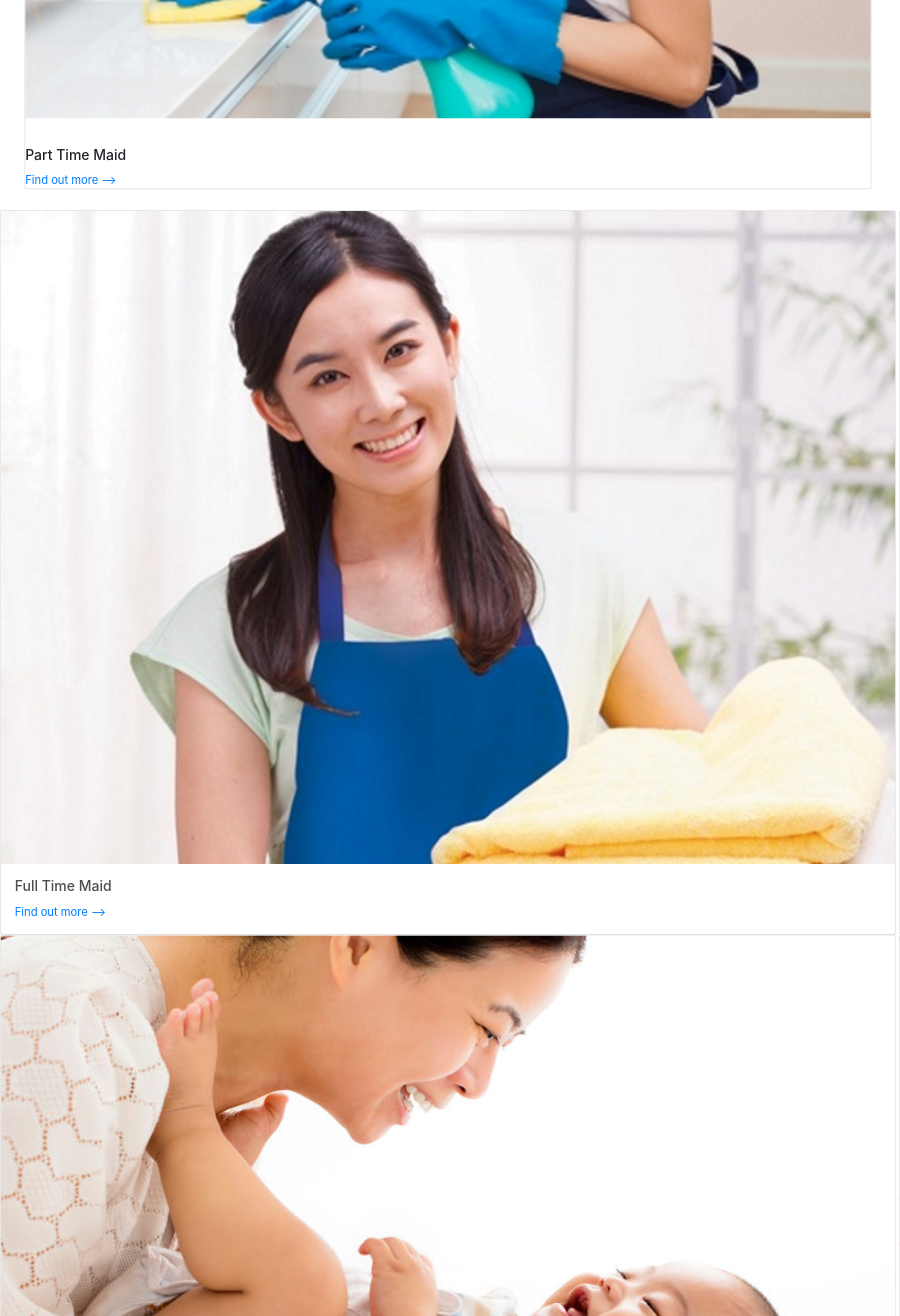
Repository: Code-Institute-Submissions/Project-1---Online-Maid
Page: index.html
The author's editor kept a record of every edit. The page is drawn from the files as they stood at one moment, then again after the next edit.
The browser window is 1280 px wide. The page is 1285 px wide, so the pictures cover 1285 px, including what lies to the right of the window. The pictures show the part of the page from y = 1836 to 3716 px (the page is 5329 px tall before and 5345 px after), at 70% of full size.
Some web libraries are served in a nearby version.

Above is the page before.

### index.html
<!DOCTYPE html>
<html lang="en">
<head>
    <meta charset="UTF-8">
    <meta name="viewport" content="width=device-width, initial-scale=1.0">
    <meta http-equiv="X-UA-Compatible" content="ie=edge">
    <link rel="stylesheet" href="https://stackpath.bootstrapcdn.com/bootstrap/4.3.1/css/bootstrap.min.css" type="text/css" />
    <link rel="stylesheet" href="https://stackpath.bootstrapcdn.com/font-awesome/4.7.0/css/font-awesome.min.css" type="text/css" />
    <link rel="stylesheet" href="https://cdnjs.cloudflare.com/ajax/libs/hover.css/2.1.1/css/hover-min.css" type="text/css" />
    <link rel="stylesheet" href="style.css" type="text/css" />
    <title>Online Maid</title>
</head>

<body>

<header>
  <nav class="navbar navbar-expand-lg navbar-light">
  <a class="navbar-brand" href="#"><img id="logo" class="pl-4 img-fluid d-md-block" src="images/logo.jpg" alt=""></a>
  <button class="navbar-toggler" type="button" data-toggle="collapse" data-target="#navbarSupportedContent" aria-controls="navbarSupportedContent" aria-expanded="false" aria-label="Toggle navigation">
    <span class="navbar-toggler-icon"></span>
  </button>

  <div class="collapse navbar-collapse" id="navbarSupportedContent">
    <ul class="navbar-nav mr-auto">
      <li class="nav-item active">
        <a class="nav-link" href="index.html">Home</a>
      </li>
      <li class="nav-item">
        <a class="nav-link" href="searchMaid.html">Search Maid</a>
      </li>
      <li class="nav-item">
        <a class="nav-link" href="faq.html">FAQ</a>
      </li>
      <li class="nav-item">
        <a class="nav-link" href="enquiry.html">Enquiry</a>
      </li>
    </ul>
  </div>
</nav>
</header>

<article>
  <section>
  <div class="jumbotron">
        <h1 class= "maids-portal">The No 1 Singapore Maid Portal</h1>
        <p class= "getStarted">More than 8000 maids for you to choose<br>Start your search now!</br></p>

  <div class="form-row">
      <div class = "col"></div>

      <div class="nationality col-md-2 px-0">
        <select id="inputState" class="form-control">
        <option selected>Nationality</option>
        <option>Filipino</option>
        <option>Indonesian</option>
        <option>Indian</option>
        <option>Myanmarese</option>
        <option>Others</option>
        <option>No Preference</option>
        </select>
      </div>
      <div class="type-of-maid col-md-2 px-0">
        <select id="inputState" class="form-control">
        <option selected>Type of Maid</option>
        <option>New</option>
        <option>Transfer</option>
        <option>Experience</option>
        <option>No Preference</option>
        </select>
      </div>
      <div class="main-responsibility col-md-2 px-0">
        <select id="inputState" class="form-control">
        <option selected>Main Responsibility</option>
        <option>Cooking </option>
        <option>Care for children</option>
        <option>Care for elderly</option>
        <option>Care for disabled</option>
        <option>General housework</option>
        <option>No Preference</option>
        </select>
      </div>
      <button type="button" class="btn">Search</button>

      <div class = "col"></div>
  </div>
  </div>
  </section>

  <section>
    <h3 class="section-header">Steps</h3>
    <p class="steps-line">Create a shortlisted of potential maids and get the agencies to contact you directly</p>

    <div class="card-deck four-steps-container ">
      <div class="card">
        <div class="card-body steps-box">
          <p class="card-title">STEP 1</p>
          <p class="card-text">Browse maids based on your criteria</p>
          <i class="fa fa-search fa-5x"></i>
        </div>
      </div>

      <div class="card">
        <div class="card-body steps-box">
          <P class="card-title">STEP 2</P>
          <p class="card-text">Add potential hire to your shortlisted list</p>
          <i class="fa fa-search-plus fa-5x"></i>
        </div>
      </div>

      <div class="card">
        <div class="card-body steps-box">
          <p class="card-title">STEP 3</p>
          <p class="card-text">Send enquries to potential hire agencies</p>
          <i class="fa fa-envelope fa-5x"></i>
        </div>
      </div>

      <div class="card">
        <div class="card-body steps-box">
          <p class="card-title">STEP 4</p>
          <p class="card-text">Respective agencies will contact you</p>
          <i class="fa fa-phone-square fa-5x"></i>
        </div>
      </div>
    </div>
  </section>

  <section>
    <h3 class="section-header">Preference</h3>

    <div class="card-deck six-choices">
      <div class="card">
        <img class="card-img-top" src="images/partTime1.jpg" alt="Card image cap">
        <a href= "searchMaid.html" class="card-body maid-experience"></a>
          <h5 class="card-title">Part Time Maid</h5>
          <a href="searchMaid.html" class="find-out-more">Find out more --></a>
        </div>
      </div>

      <div class="card">
        <img class="card-img-top" src="images/fullTime1.jpg" alt="Card image cap">
        <div class="card-body maid-experience">
          <h5 class="card-title">Full Time Maid</h5>
          <a href="searchMaid.html" class="find-out-more">Find out more --></a>
        </div>
      </div>

      <div class="card">
        <img class="card-img-top" src="images/confinement.jpg" alt="Card image cap">
        <div class="card-body maid-experience">
          <h5 class="card-title">Confinement Nanny</h5>
          <a href="searchMaid.html" class="find-out-more">Find out more --></a>
        </div>
      </div>
    </div>

    <div class="card-deck six-choices">
      <div class="card">
        <img class="card-img-top" src="images/childrenCare1.jpg" alt="Card image cap">
        <div class="card-body maid-experience">
          <h5 class="card-title">Care for Infant/ Children</h5>
          <a href="searchMaid.html" class="find-out-more">Find out more --></a>
        </div>
      </div>

      <div class="card">
        <img class="card-img-top" src="images/elderlyCare1.jpg" alt="Card image cap">
        <div class="card-body maid-experience">
          <h5 class="card-title">Care for Elderly/ Disable</h5>
          <a href="searchMaid.html" class="find-out-more">Find out more --></a>
        </div>
      </div>

      <div class="card">
        <img class="card-img-top" src="images/cooking1.jpg" alt="Card image cap">
        <div class="card-body maid-experience">
          <h5 class="card-title">General Housework and Cooking</h5>
          <a href="searchMaid.html" class="find-out-more">Find out more --></a>
        </div>
      </div>
    </div>
  </section>

  <section>
  <div class="row enquiry-container">
    <div class="col-2 enquiry-box-1"></div>

    <div class="col-4 enquiry-box-2">
      <h5 class ="enquiry-header">Let us help you find the most suitable maid</h5>
      <p class ="enquiry-content">OnlineMaid is the leading platform to find maids from local service providers.  Use our platform to shortlist potential maids and get local service providers to furnish you with further details. All service providers are vetted!</p>
      <button type="button" class="btn enquiry-btn">Get Started Here</button>
    </div>

    <div class="col-4 enquiry-box-3">
      <div class="row picture-container">

        <div class="col-4 picture-col-1">
          <img class="card-img-top-1" src="images/enquiry1a.jpg" alt="Card image cap">
          <img class="card-img-top-2" src="images/enquiry2a.jpg" alt="Card image cap">
        </div>

        <div class="col-4 picture-col-2">
          <img class="card-img-top-3" src="images/enquiry3a.jpg" alt="Card image cap">
          <img class="card-img-top-4" src="images/enquiry4a.jpg" alt="Card image cap">
        </div>

        <div class="col-4 picture-col-3">
          <img class="card-img-top-5" src="images/enquiry5a.jpg" alt="Card image cap">
          <img class="card-img-top-6" src="images/enquiry6a.jpg" alt="Card image cap">
          <img class="card-img-top-7" src="images/enquiry7a.jpg" alt="Card image cap">
        </div>
      </div>
  </div>

    <div class="col-2 enquiry-box-4"></div>
  </div>
  </section>


</article>



<footer class="page-footer font-small footer-style pt-4">
  <div class="container-fluid text-center text-md-left">
    <div class="row d-flex justify-content-around">

      <div class="col-md-3 mt-md-0 mt-3">
        <p class="">Reach us @ +65 8200 6162</p>
        <p>sales@onlinemaid.com.sg</p>

        <!-- social -->
        <a href="#" class="social so1 fa fa-facebook"></a>
        <a href="#" class="social fa fa-twitter"></a>
        <a href="#" class="social fa fa-google-plus"></a>
        <a href="#" class="social fa fa-linkedin"></a>
        <a href="#" class="social fa fa-pinterest"></a>
      </div>

      <div class="col-md-3 mb-md-0 mb-3">
        <ul class="list-unstyled">
          <li>
            <a href="index.html">Home</a>
          </li>
          <li>
            <a href="searchMaid.html">Search Maid</a>
          </li>
          <li>
            <a href="faq.html">FAQ</a>
          </li>
          <li>
            <a href="enquiry.html">Enquiry</a>
          </li>
        </ul>
      </div>

      <div class="col-md-3 mb-md-0 mb-3">
        <ul class="list-unstyled">
          <li>
            <a href="searchMaid.html">Agency log In</a>
          </li>
          <li>
            <a href="searchMaid.html">Agency Signed Up</a>
          </li>
        </ul>
      </div>

    </div>
  </div>

  <div class="footer-copyright text-center py-3">© 2019 Copyright OnlineMaid.  All Rights Reserved</div>
</footer>



<
    <script src="https://code.jquery.com/jquery-3.3.1.slim.min.js" integrity="sha384-q8i/X+965DzO0rT7abK41JStQIAqVgRVzpbzo5smXKp4YfRvH+8abtTE1Pi6jizo" crossorigin="anonymous"></script>
    <script src="https://cdnjs.cloudflare.com/ajax/libs/popper.js/1.14.7/umd/popper.min.js" integrity="sha384-UO2eT0CpHqdSJQ6hJty5KVphtPhzWj9WO1clHTMGa3JDZwrnQq4sF86dIHNDz0W1" crossorigin="anonymous"></script>
    <script src="https://stackpath.bootstrapcdn.com/bootstrap/4.3.1/js/bootstrap.min.js" integrity="sha384-JjSmVgyd0p3pXB1rRibZUAYoIIy6OrQ6VrjIEaFf/nJGzIxFDsf4x0xIM+B07jRM" crossorigin="anonymous"></script>
</body>
</html>

### style.css
@import url('https://fonts.googleapis.com/css?family=Roboto:100,200,300,400,500,600,700|Exo:100,200,300,400,500,600,700');

/*overall*/
*{
    padding: 0;
    margin: 0;
    box-sizing: border-box;
}



/*header*/
#logo {
    height: 50px;
    max-width:100%;
}


.nav-item{
    padding: 0px 20px;
    font-weight:600;
    font-size: 18px;
}



/*footer*/
.footer-style{
    background: #666666;
}


.page-footer, .social{
    color:white;
}


.list-unstyled a {
   text-decoration: none;
   color:white;
}


.list-unstyled a:hover {
   color:orange;
}



/*Section 1-Banner*/
.maids-portal {
   text-align: center;
    font-size: 44px;
    font-weight: 600;
}


.getStarted{
    text-align: center;
    font-size: 20px;
    font-weight: 600;
}


.jumbotron {
    background-image: url("images/banner.jpg");
    background-size: cover;
    color: white;
    padding : 120px 0px;
    margin-bottom: 80px;
     }


.form-row {
    padding: 50px 0px 0px 0px;
}


.form-control {
    font-weight: 500;
    color: #808080;
}


.btn {
    background-color: #666666;
    font-weight: 500;
    color: white;
    padding: 0px 20px;
}



/*section 2 - 4 Steps*/
.section-header {
    text-align: center;
    margin: 40px 0px 0px 0px ;
    line-height: 25px;
    color: #4d4d4d;
    font-weight: 700;
}


.steps-line{
    text-align: center;
    margin: 20px;
    line-height: 25px;
    color: #4d4d4d;
    font-weight: 400;
    font-size: 18px;
}


.four-steps-container {
    margin: 50px 200px 80px 200px;
}


.steps-box {
    background-color: orange;
    text-align: center;
    color: white;
    font-weight: 500
}


.i{
    font-size: 100px;
}



/*index.html section 3*/
.six-choices {
   margin: 30px 20px 30px 20px;
}



/*section 3- preference*/
.maid-experience {
    color: #4d4d4d;
}



/*section 4 - enquiry-box*/
.enquiry-container {
    min-height: 350px;
    background-color: #808080;
    color: white;
    margin: 80px 0px 0px;
    padding: 0px;
}


.enquiry-header {
    margin: 70px 90px 20px ;
}


.enquiry-content {
 font-size: 16px;
 margin: 0 90px 10px;
}


.enquiry-btn{
    color: #666666;
    background: orange;
    color: white;
    padding: 5px 10px;
    margin: 20px 90px 0px;
}

.card-img-top-1 {
    padding: 0px;
    margin: 0px 0px 25px 0px;
    border: none;
}


.card-img-top-3 {
    padding: 0px;
    margin: 0px 0px 25px 0px;
    border: none;
}


.card-img-top-5 {
    padding: 0px;
    margin: 0px 0px 25px 0px;
    border: none;
}


.card-img-top-6 {
    padding: 0px;
    margin: 0px 0px 25px 0px;
    border: none;
}



/*searchMaid Jumbotron*/

.searchMaid-jumbotron {
   background-image: url("images/banner.jpg");
    background-size: cover;
    color: white;
    padding : 20px 0px 20px 50px;
    margin-bottom: 40px;
     }

After the next edit:
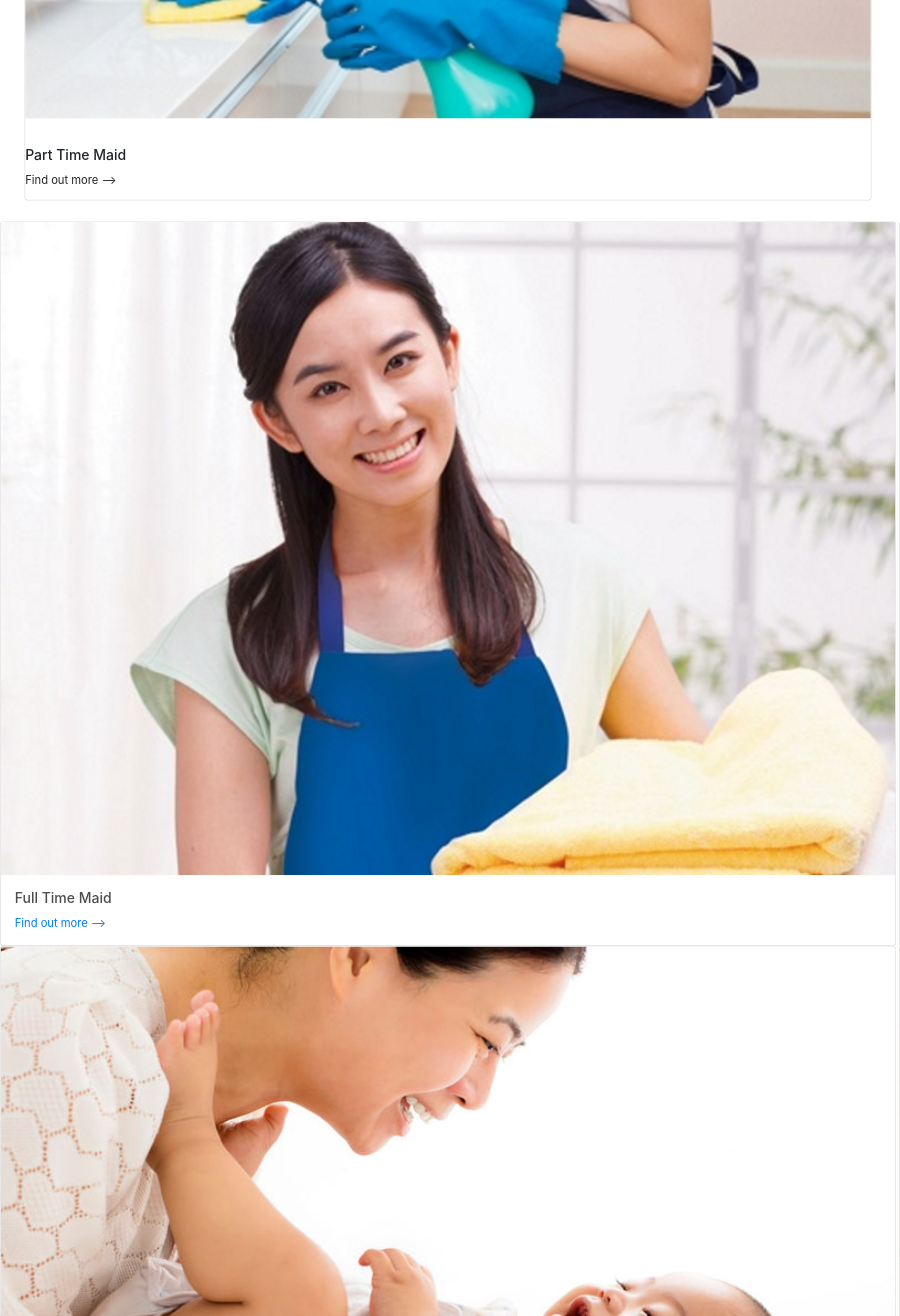
The edit:
--- a/index.html
+++ b/index.html
@@ -133,7 +133,7 @@
         <img class="card-img-top" src="images/partTime1.jpg" alt="Card image cap">
         <a href= "searchMaid.html" class="card-body maid-experience"></a>
           <h5 class="card-title">Part Time Maid</h5>
-          <a href="searchMaid.html" class="find-out-more">Find out more --></a>
+          <p class="find-out-more">Find out more --></p>
         </div>
       </div>
 

After the edit that followed:
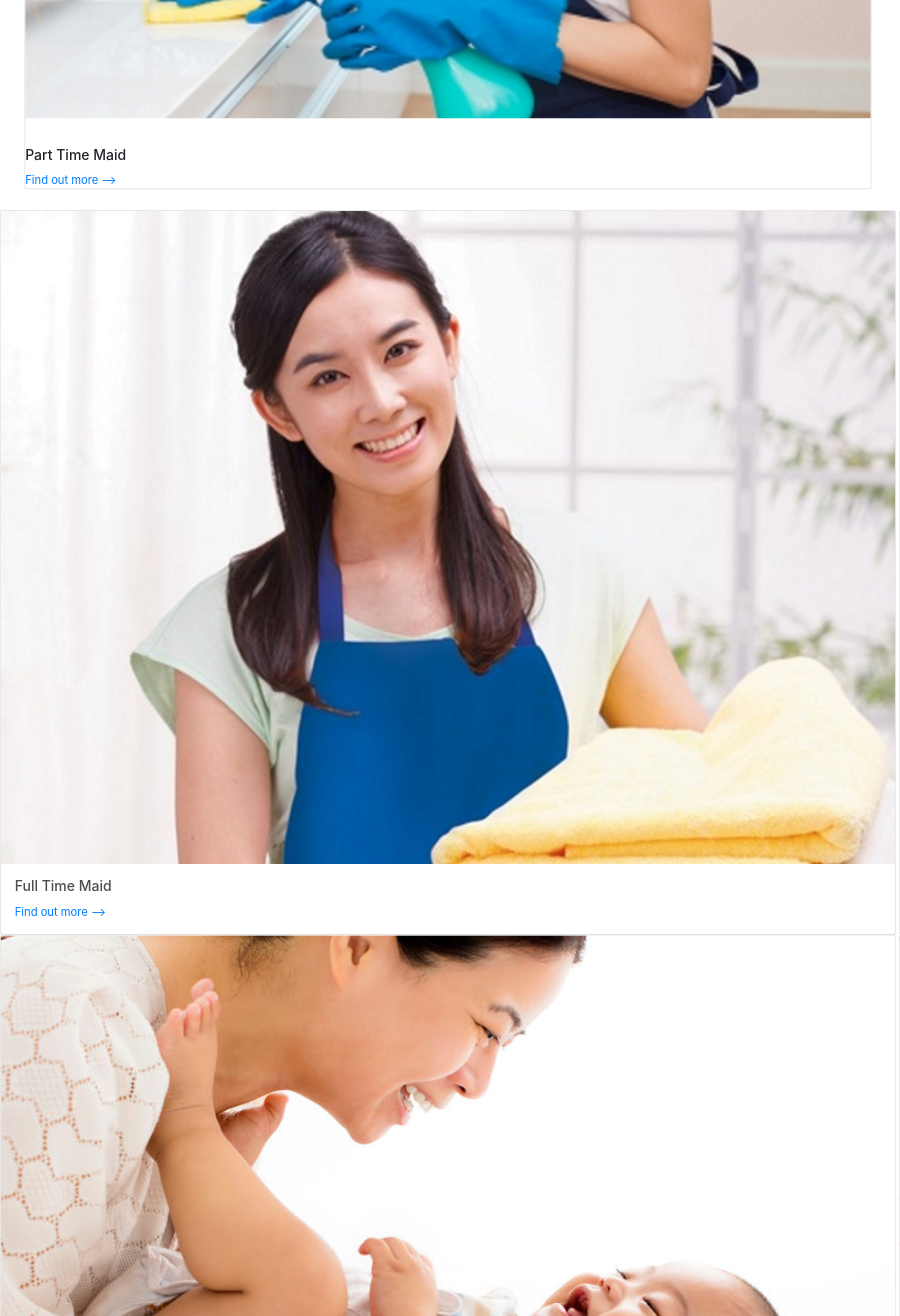
The edit:
--- a/index.html
+++ b/index.html
@@ -131,9 +131,9 @@
     <div class="card-deck six-choices">
       <div class="card">
         <img class="card-img-top" src="images/partTime1.jpg" alt="Card image cap">
-        <a href= "searchMaid.html" class="card-body maid-experience"></a>
+        <div class="card-body maid-experience"></div>
           <h5 class="card-title">Part Time Maid</h5>
-          <p class="find-out-more">Find out more --></p>
+          <a href="searchMaid.html" class="find-out-more">Find out more --></a>
         </div>
       </div>
 
